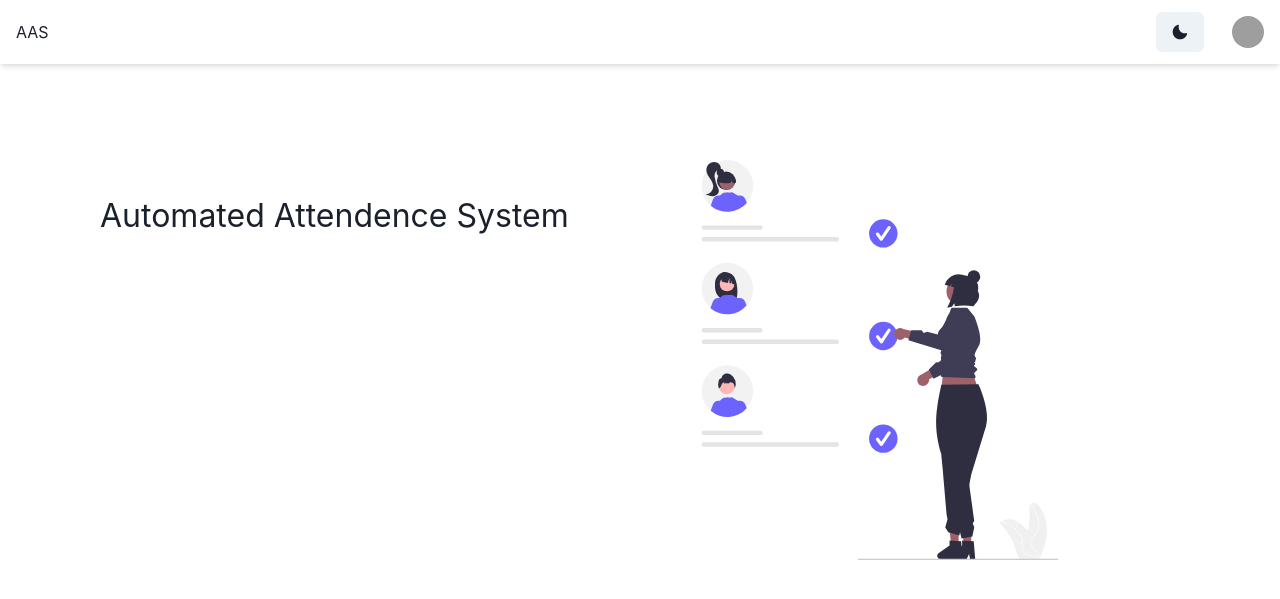
Repository: shash0708/attendence
Page: /
These files come from the project's save history. The page is drawn as it stood at one moment and after the next save; the edit follows.
The browser window is 1280 px wide. The pictures show the whole page.
Pictures or frames that could not be fetched are drawn as grey boxes. The project was rebuilt for these pictures with package versions that can differ from the ones it lists, and the page was loaded fresh each time. Also part of the build but not shown: src/App.css, src/components/Login/Login.component.jsx, src/components/Signup/Signup.component.jsx, src/routes/Authentication/Authentication.component.jsx.

Above is the page before, as saved 2024-04-06 19:47:55.

### src/index.js
import React from 'react';
import ReactDOM from 'react-dom/client';
import './index.css';
import App from './App';
import reportWebVitals from './reportWebVitals';
import { BrowserRouter } from 'react-router-dom';
import { ChakraProvider } from '@chakra-ui/react'

const root = ReactDOM.createRoot(document.getElementById('root'));
root.render(
  <React.StrictMode>
  <BrowserRouter>
<ChakraProvider>
    <App />
    </ChakraProvider>
    </BrowserRouter>

  </React.StrictMode>
);

// If you want to start measuring performance in your app, pass a function
// to log results (for example: reportWebVitals(console.log))
// or send to an analytics endpoint. Learn more: https://bit.ly/CRA-vitals
reportWebVitals();

### src/App.js
import './App.css';
import Home from './routes/Home/Home.component.jsx'
import { Routes,Route} from 'react-router-dom';
import Authentication from './routes/Authentication/Authentication.component';

function App() {
  return (
    <Routes>
    <Route index element={<Home/>}/>

    <Route path='auth' element={<Authentication/>}/>

    </Routes>
  );
}

export default App;

### src/routes/Home/Home.component.jsx
import React from 'react'
import { Outlet } from 'react-router-dom';
import Nav from '../../components/Navbar/Navbar.component';
import HomeProp from '../../components/homeProp/HomeProp.component';
const Home  = () => {
  return (
    <div>
       <Nav/>
       <HomeProp />
       <Outlet/>
    </div>
  )
}

export  default Home;

### client/src/components/Navbar/Navbar.component.jsx
'use client'

import {
  Box,
  Flex,
  Avatar,
  Text,
  Button,
  Menu,
  MenuButton,
  MenuList,
  MenuItem,
  MenuDivider,
  useDisclosure,
  useColorModeValue,
  Stack,
  useColorMode,
  Center,
} from '@chakra-ui/react'
import { MoonIcon, SunIcon } from '@chakra-ui/icons'
import { Link, Outlet } from 'react-router-dom';

const NavLink = (props) => {
  const { children } = props

  return (
    <Box
      as="a"
      px={2}
      py={1}
      rounded={'md'}
      _hover={{
        textDecoration: 'none',
        bg: useColorModeValue('gray.200', 'gray.700'),
      }}
      href={'#'}>
      {children}
    </Box>
  )
}

export default function Nav() {
  const { colorMode, toggleColorMode } = useColorMode();
  const { isOpen, onOpen, onClose } = useDisclosure();
  return (
    <div>
      <Box

        px={4}
        shadow="md"
        style={{ backdropFilter: 'blur(10px)' }} // Adds blur effect to the background
      >
        <Flex h={16} alignItems={'center'} justifyContent={'space-between'}>
          <Box>
          <Link to="/">AAS</Link>

          </Box>

          <Flex alignItems={'center'}>
            <Stack direction={'row'} spacing={7}>
              <Button onClick={toggleColorMode}>
                {colorMode === 'light' ? <MoonIcon /> : <SunIcon />}
              </Button>

              <Menu>
                <MenuButton
                  as={Button}
                  rounded={'full'}
                  variant={'link'}
                  cursor={'pointer'}
                  minW={0}>
                  <Avatar
                    size={'sm'}
                    src={'https://avatars.dicebear.com/api/male/username.svg'}
                  />
                </MenuButton>
                <MenuList alignItems={'center'} shadow="lg">
                  <br />
                  <Center>
                    <Avatar
                      size={'2xl'}
                      src={'https://avatars.dicebear.com/api/male/username.svg'}
                    />
                  </Center>
                  <br />
                  <Center>
                    <p>Username</p>
                  </Center>
                  <br />
                  <MenuDivider />
                  <MenuItem>Your Servers</MenuItem>
                  <MenuItem>Account Settings</MenuItem>
                  <MenuItem>Logout</MenuItem>
                </MenuList>
              </Menu>
            </Stack>
          </Flex>
        </Flex>
      </Box>
      <Outlet />
    </div>
  );
}

### src/components/homeProp/HomeProp.component.jsx
import React, { Fragment } from 'react'
import { ReactComponent as HomeLogo } from '../../assests/home.svg'
import './HomeProp.styles.scss';
const HomeProp= () => {
  return (
    <Fragment>
<div className='text'>
    <h1>Automated Attendence  System</h1>
    </div>
      <HomeLogo className='home-prop'/>
    </Fragment>
  )
}

export default HomeProp;

### src/components/homeProp/HomeProp.styles.scss
// Use variables to style your logo
.home-prop{
  width: 1000px;
  height: 400px;  // Add other styling properties as needed
  position: fixed;
  top: 50%; // Adjust as needed
  right: -100px; // Adjust as needed
  transform: translateY(-50%);
}

.text{
  font-size: xx-large;
  position: fixed;
  top: 30%; // Adjust as needed
  left: 100px; // Adjust as needed
  transform: translateY(-50%);
}

Loaded but not shown: public/index.html (common file); src/index.css (common file); src/reportWebVitals.js (common file)

After the next save:
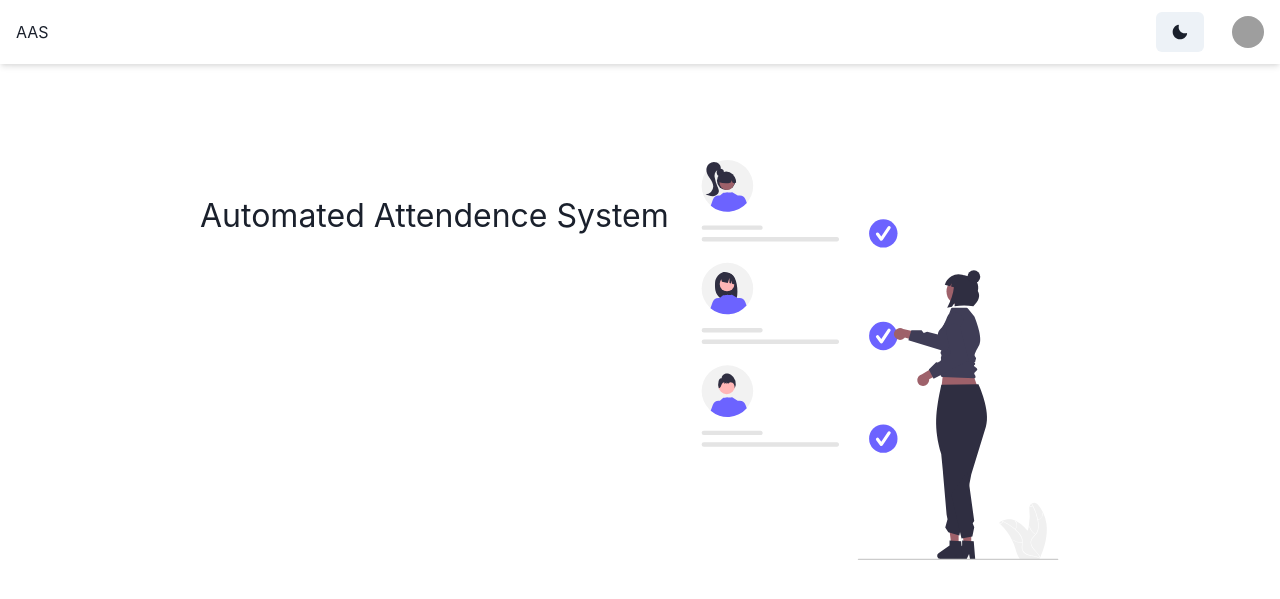
Saved 7 s later.
--- a/src/components/homeProp/HomeProp.styles.scss
+++ b/src/components/homeProp/HomeProp.styles.scss
@@ -12,6 +12,6 @@
   font-size: xx-large;
   position: fixed;
   top: 30%; // Adjust as needed
-  left: 100px; // Adjust as needed
+  left: 200px; // Adjust as needed
   transform: translateY(-50%);
 }
